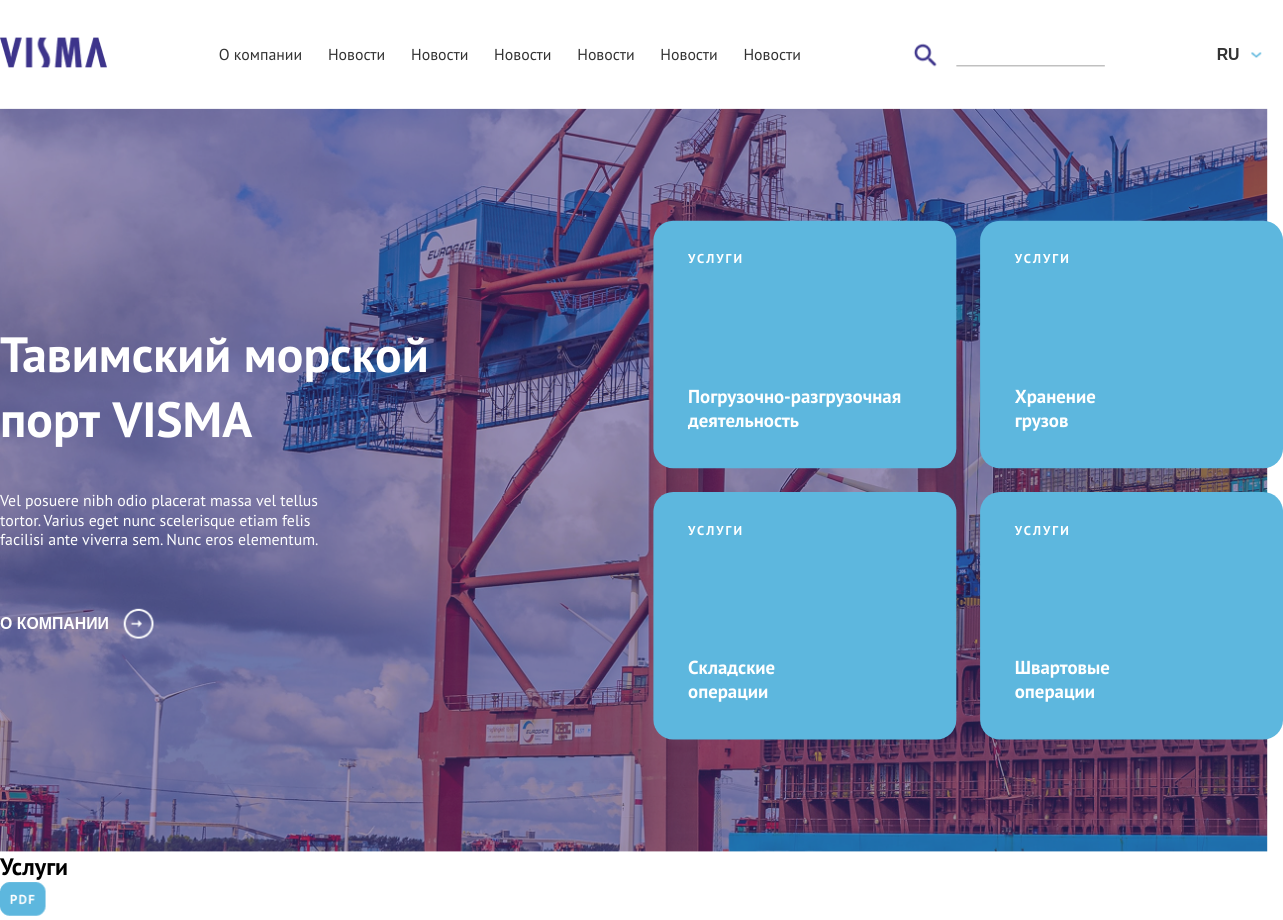
Repository: Shaiyr1/Visma
Page: index.html
These files come from the project's save history. The page is drawn as it stood at one moment and after a run of saves; the edit follows.
The browser window is 1280 px wide. The page is 1296 px wide, so the pictures cover 1296 px, including what lies to the right of the window. The pictures show the whole page, at 99% of full size.
The style sheet was rebuilt from its Sass, Less or Tailwind sources for each picture, by a compiler version that may differ from the author's.

Above is the page before, as saved 2026-09-16 14:21:59.

### index.html
<!DOCTYPE html>
<html lang="en">
<head>
    <meta charset="UTF-8">
    <meta http-equiv="X-UA-Compatible" content="IE=edge">
    <meta name="viewport" content="width=device-width, initial-scale=1.0">
    <link rel="stylesheet" href="./src/css/style.css">
    <title>Document</title>
</head>
<body>
    <header class="header">
        <nav class="header-nav">
            <a class="header-nav__link" href="#">
                <img class="header-nav__logo" src="./src/img/Vector (1).png" alt="logo">
            </a>
            <ul class="header-nav__ul">
                <li class="header-nav__li">
                    <a class="header-nav__li-link" href="#">О компании</a>
                </li>
                <li class="header-nav__li">
                    <a class="header-nav__li-link" href="#">Новости</a>
                </li>
                <li class="header-nav__li">
                    <a class="header-nav__li-link" href="#">Новости</a>
                </li>
                <li class="header-nav__li">
                    <a class="header-nav__li-link" href="#">Новости</a>
                </li>
                <li class="header-nav__li">
                    <a class="header-nav__li-link" href="#">Новости</a>
                </li>
                <li class="header-nav__li">
                    <a class="header-nav__li-link" href="#">Новости</a>
                </li>
                <li class="header-nav__li">
                    <a class="header-nav__li-link" href="#">Новости</a>
                </li>
            </ul>
            <label class="header-nav__label" for="">
                <img class="header-nav__icon" src="./src/img/ic_round-search.png" alt="icon">
                <input class="header-nav__input" type="search">
            </label>
            <select class="header-nav__select" name="" id="">
                <option class="header-nav__option" value="">RU</option>
                <option class="header-nav__option" value="">ENG</option>
            </select>
        </nav>
    </header>
    <main>
        <section class="home">
            <div class="container home__blocks">
                <div class="home-block">
                    <h1 class="home-block__title">Тавимский морской порт VISMA</h1>
                    <p class="home-block__subtitle">
                        Vel posuere nibh odio placerat massa vel tellus tortor. Varius eget nunc scelerisque etiam felis facilisi ante viverra sem. Nunc eros elementum.
                    </p>
                    <button class="home-block__btn">
                        О КОМПАНИИ
                        <img class="home-block__btn-icon" src="./src/img/Group 7.png" alt="">
                    </button>
                </div>
                <div class="home-services">
                    <div class="home-services__item">
                        <span class="home-services__item-span">УСЛУГИ</span>
                        <p class="home-services__item-text">
                            Погрузочно-разгрузочная <br> деятельность
                        </p>
                    </div>
                    <div class="home-services__item">
                        <span class="home-services__item-span">УСЛУГИ</span>
                        <p class="home-services__item-text">
                            Хранение <br> грузов
                        </p>
                    </div>
                    <div class="home-services__item">
                        <span class="home-services__item-span">УСЛУГИ</span>
                        <p class="home-services__item-text">
                            Складские <br> операции
                        </p>
                    </div>
                    <div class="home-services__item">
                        <span class="home-services__item-span">УСЛУГИ</span>
                        <p class="home-services__item-text">
                            Швартовые <br> операции
                        </p>
                    </div>
                </div>
            </div>
        </section>
        <section class="services">
            <div class="container">
                <div class="services-block">
                    <h2 class="services-block__title">Услуги</h2>
                    <ul class="services-block__ul">
                        <li class="services-block__li">
                            <a class="services-block__li-link" href=""></a>
                            <img src="./src/img/Frame 50.png" alt="images">
                        </li>
                    </ul>
                </div>
            </div>
        </section>
    </main>
</body>

</html>

### src/scss/style.scss
* {
    margin: 0;
    padding: 0;
    box-sizing: border-box;
}

@import url('https://fonts.googleapis.com/css2?family=PT+Sans:ital,wght@0,400;0,700;1,400;1,700&display=swap');

body {
    font-family: "PT Sans", sans-serif;
}
.container {
    width: 1296px;
    margin: 0 auto;
}

@import "header";
@import "home";

### src/scss/header.scss
.header {

    &-nav {
        width: 1296px;
        height: 110px;
        margin: 0 auto;
        display: flex;
        align-items: center;
        gap: 113px;

        &__link {}

        &__logo {}

        &__ul {
            display: flex;
            align-items: center;
            justify-content: center;
            gap: 26px;
            list-style-type: none;
        }
        &__li {
            &-link {
                text-decoration: none;
                color: #333333;
                font-size: 16px;
            }
        }
        &__label {
            display: flex;
            align-items: flex-end;
            justify-content: center;
            gap: 20px;
        }
        &__input {
            width: 150px;
            border: none;
            outline: none;
            border-bottom: 1px solid rgb(161, 161, 161);
        }
        &__select {
            background: none;
            border: none;
            color: #333333;
            font-size: 16px;
            font-weight: bold;
            outline: none;
            appearance: none;
            padding-right: 30px;
            background-image: url("../img/material-symbols_keyboard-arrow-down-rounded.png");
            background-position: right 20px center;
            background-repeat: no-repeat;
        }
    }
}

### src/scss/home.scss
.home {
    width: 100%;
    height: 750px;
    background-image: url("../img/Rectangle\ 23\ \(6\).png");
    background-repeat: no-repeat;
    background-size: cover;
    padding: 113px 0;

    &__blocks {
        display: flex;
        align-items: center;
        gap: 134px;
    }

    &-block {
        width: 526px;

        &__title {
            width: 526px;
            color: #ffffff;
            text-align: left;
            font-weight: 700;
            font-size: 50px;
        }

        &__subtitle {
            width: 322px;
            margin: 40px 0 60px;
            color: #ffffff;
            text-align: left;
            font-size: 16px;
        }

        &__btn {
            width: 159px;
            height: 30px;
            display: flex;
            justify-content: flex-start;
            align-items: center;
            gap: 15px;
            border: none;
            outline: none;
            cursor: pointer;
            color: #ffffff;
            text-align: left;
            font-size: 16px;
            font-weight: 700;
            background: none;


            &-icon {}
        }
    }

    &-services {
        display: flex;
        flex-wrap: wrap;
        gap: 24px;

        &__item {
            background-color: #5db7de;
            width: 306px;
            height: 250px;
            border-radius: 20px;
            padding: 30px 35px;
            display: flex;
            flex-direction: column;
            align-items: flex-start;
            gap: 118px;

            &-span {
                color: #ffffff;
                text-align: left;
                font-size: 13px;
                font-weight: 700;
                letter-spacing: 2px;

            }

            &-text {
                color: #ffffff;
                text-align: left;
                font-size: 19px;
                font-weight: 700;
            }
        }
    }
}

After the next 2 saves:
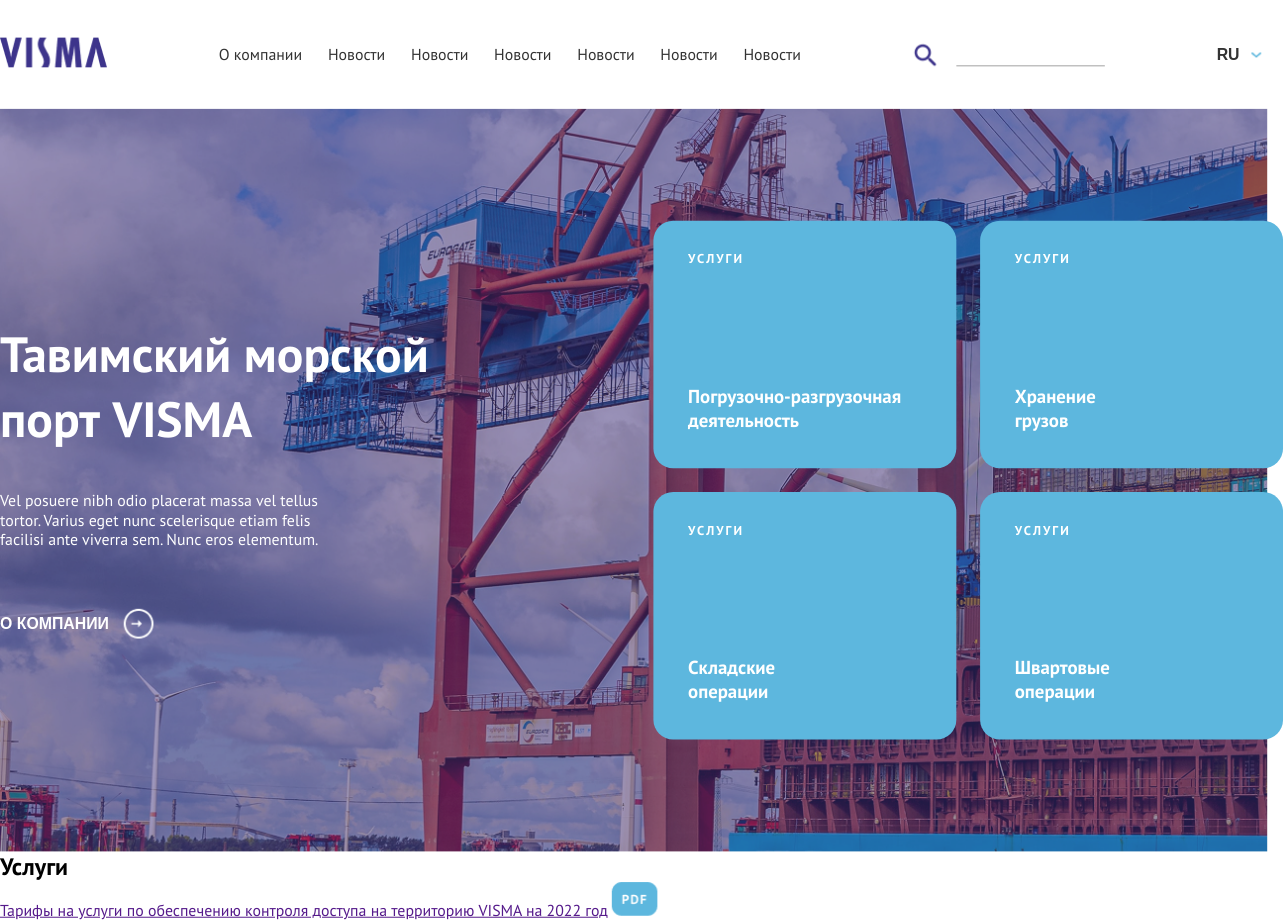
The 2 saves are shown as one change because they came seconds apart.
The last was saved 25 s later.
--- a/index.html
+++ b/index.html
@@ -93,7 +93,7 @@
                     <h2 class="services-block__title">Услуги</h2>
                     <ul class="services-block__ul">
                         <li class="services-block__li">
-                            <a class="services-block__li-link" href=""></a>
+                            <a class="services-block__li-link" href="">Тарифы на услуги по обеспечению контроля доступа на территорию VISMA на 2022 год</a>
                             <img src="./src/img/Frame 50.png" alt="images">
                         </li>
                     </ul>
